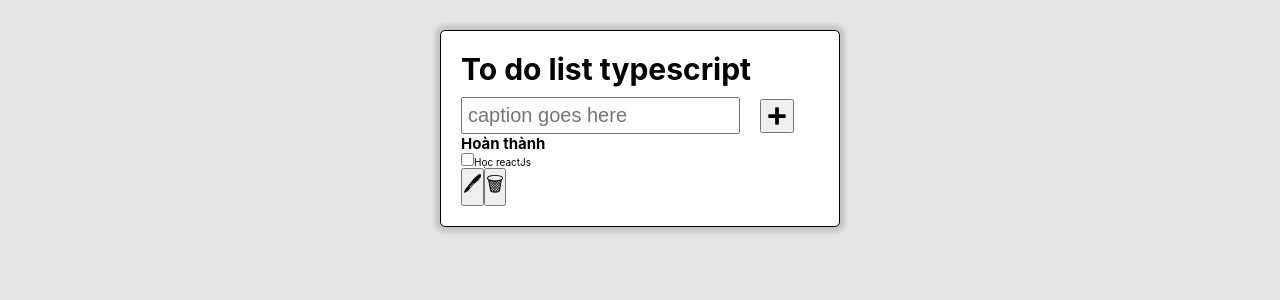
Repository: Nhatktvn/TodoListReactTs
Page: /
An editor plug-in stored every save of this project. The page is shown before and after a run of saves, followed by the edit.
The browser window is 1280 px wide. The pictures show the whole page.
The project was rebuilt for these pictures with package versions that can differ from the ones it lists, and the page was loaded fresh each time. Also part of the build but not shown: src/components/TaskList/tasklist.module.scss.

Above is the page before, as saved 2023-11-08 08:53:45.

After the next 2 saves:
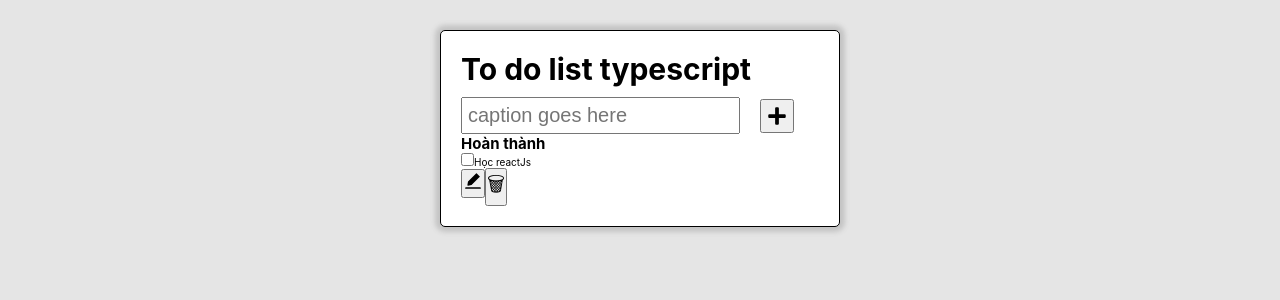
The 2 saves are shown as one change because 1 did not build or start.
The last was saved 78 s later.
--- a/src/components/TaskList/TaskList.tsx
+++ b/src/components/TaskList/TaskList.tsx
@@ -1,5 +1,6 @@
 import React from 'react'
 import styles from './tasklist.module.scss'
+import { AiFillEdit } from 'react-icons/ai'
 export default function TaskList() {
   return (
     <div>
@@ -9,7 +10,9 @@ export default function TaskList() {
           <input type='checkbox' />
           <span>Học reactJs</span>
           <div className={styles.taskAction}>
-            <button className={styles.btn}>🖊</button>
+            <button className={styles.btn}>
+              <AiFillEdit />
+            </button>
             <button className={styles.btn}>🗑</button>
           </div>
         </div>
